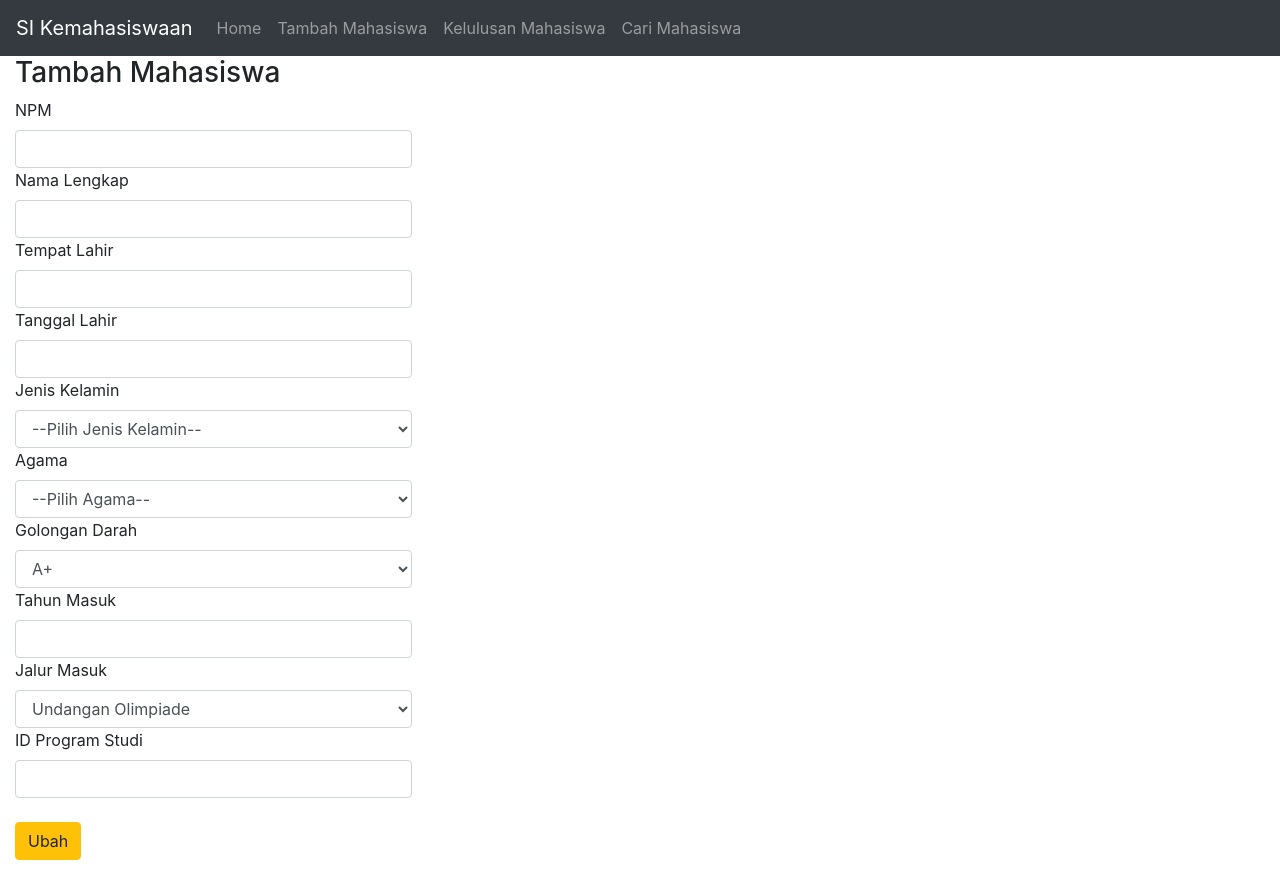
Repository: apap-ekstensi-2018/tugas1_1706106803
Page: http://localhost/form-add
An editor plug-in stored every save of this project. The page is shown before and after the next save, followed by the edit.
The browser window is 1280 px wide. The pictures show the whole page.
The page is this project's Thymeleaf template; nobody is signed in. The template is opened directly, without the code that normally fills it, so the values that code supplies are empty.

Above is the page before, as saved 2018-04-03 13:22:10.

### tugas1/src/main/resources/templates/form-add.html
<!DOCTYPE HTML>
<html xmlns="http://www.w3.org/1999/xhtml"
	xmlns:th="http://www.thymeleaf.org">
	<head>
		<title>Tambah Mahasiswa</title>
	<meta http-equiv="Content-Type" content="text/html; charset=UTF-8" />
	</head>
	<div th:replace="fragments/fragment :: header"></div>
	<body>
		<h3 class="page-header col-8" th:text="'Tambah Mahasiswa'"></h3>

		<form action="/mahasiswa/tambah/submit" method="post">
			<div class="form-group">
				<div class="col-4">
					<label for="npm">NPM</label>
				</div>
				<div class="col-4">
					<input class="form-control" type="text" name="npm"/>
				</div>
				<div class="col-4">
					<label for="nama">Nama Lengkap</label>
				</div>
				<div class="col-4">
					<input class="form-control"type="text" name="nama"/>
				</div>
				<div class="col-4">
					<label for="tempat_lahir">Tempat Lahir</label>
				</div>
				<div class="col-4">
					<input class="form-control" type="tempat_lahir" name="tempat_lahir"/>
				</div>
				<div class="col-4">
					<label for="tanggal_lahir">Tanggal Lahir</label>
				</div>
				<div class="col-4">
					<input class="form-control" type="text" name="tanggal_lahir"/>
				</div>
				<div class="col-4">
					<label for="jenis_kelamin">Jenis Kelamin</label>
				</div>
				<div class="col-4">
					<select class="form-control" name="jenis_kelamin">
						<option value="">--Pilih Jenis Kelamin--</option>
						<option value="1">Laki-laki</option>
						<option value="0">Perempuan</option>
					</select>
				</div>
				<div class="col-4">
					<label for="agama">Agama</label>
				</div>
				<div class="col-4">
					<select class="form-control" name="agama">
						<option value="" selected="selected">--Pilih Agama--</option>
						<option value="Protestan">Protestan</option>
						<option value="Katolik">Katolik</option>
						<option value="Islam">Islam</option>
						<option value="Hindu">Hindu</option>
						<option value="Budha">Budha</option>
						<option value="Konghucu">Konghucu</option>
					</select>
				</div>
				<div class="col-4">
					<label for="golongan_darah">Golongan Darah</label>
				</div>
				<div class="col-4">
					<select class="form-control" name="golongan_darah">
						<option value="A+">A+</option>
						<option value="A-">A-</option>
						<option value="B+">B+</option>
						<option value="B-">B-</option>
						<option value="AB+">AB+</option>
						<option value="AB-">AB-</option>
						<option value="O+">O+</option>
						<option value="O-">O-</option>
					</select>
				</div>
				<div class="col-4">
					<label for="tahun_masuk">Tahun Masuk</label>
				</div>
				<div class="col-4">
					<input class="form-control" type="text" name="tahun_masuk" />
				</div>
				<div class="col-4">
					<label for="jalur_masuk">Jalur Masuk</label>
				</div>
				<div class="col-4">
					<select class="form-control" name="jalur_masuk">
					  <option value="Undangan Olimpiade">Undangan Olimpiade</option>
					  <option value="Undangan Reguler / SNMPTN">Undangan Reguler / SNMPTN</option>
					  <option value="Undangan Paralel / PPKB">Undangan Paralel / PPKB</option>
					  <option value="Ujian Tulis Bersama / SBMPTN">Ujian Tulis Bersama / SBMPTN</option>
					  <option value="Ujian Tulis Mandiri">Ujian Tulis Mandiri</option>
					</select>
				</div>
				<div class="col-4">
					<label for="program_studi">ID Program Studi</label>
				</div>
				<div class="col-4">
					<input class="form-control" type="text" name="id_prodi" />
				</div>
				<br>
				<div class="col-4">
					<button type="submit" class="btn btn-warning">Ubah</button>
				</div>
			</div>
		</form>
	</body>

</html>

### tugas1/src/main/resources/templates/fragments/fragment.html
<!DOCTYPE html>
<html xmlns:th="http://www.thymeleaf.org">
	<head>
		<title>Fragment</title>
	</head>
	<body>
		<div th:fragment="header">
			<link rel = "stylesheet" href="/css/bootstrap.min.css" />
			<nav class="navbar navbar-expand-lg navbar-dark bg-dark">
				<a class="navbar-brand" href="#">SI Kemahasiswaan</a>

			<div class="collapse navbar-collapse" id="navbarSupportedContent">
				<ul class="navbar-nav mr-auto">
					<li class="nav-item">
						<a class="nav-link" href="/">Home</a>
					</li>
					<li class="nav-item">
						<a class="nav-link" href="/mahasiswa/tambah">Tambah Mahasiswa</a>
					</li>
					<li class="nav-item">
						<a class="nav-link" href="/mahasiswa/kelulusan">Kelulusan Mahasiswa</a>
					</li>
					<li class="nav-item">
						<a class="nav-link" href="/mahasiswa/cari">Cari Mahasiswa</a>
					</li>
				</ul>
			</div>
		</nav>
		</div>
	</body>
</html>

Loaded but not shown: tugas1/src/main/resources/static/css/bootstrap.min.css (library)

After the next save:
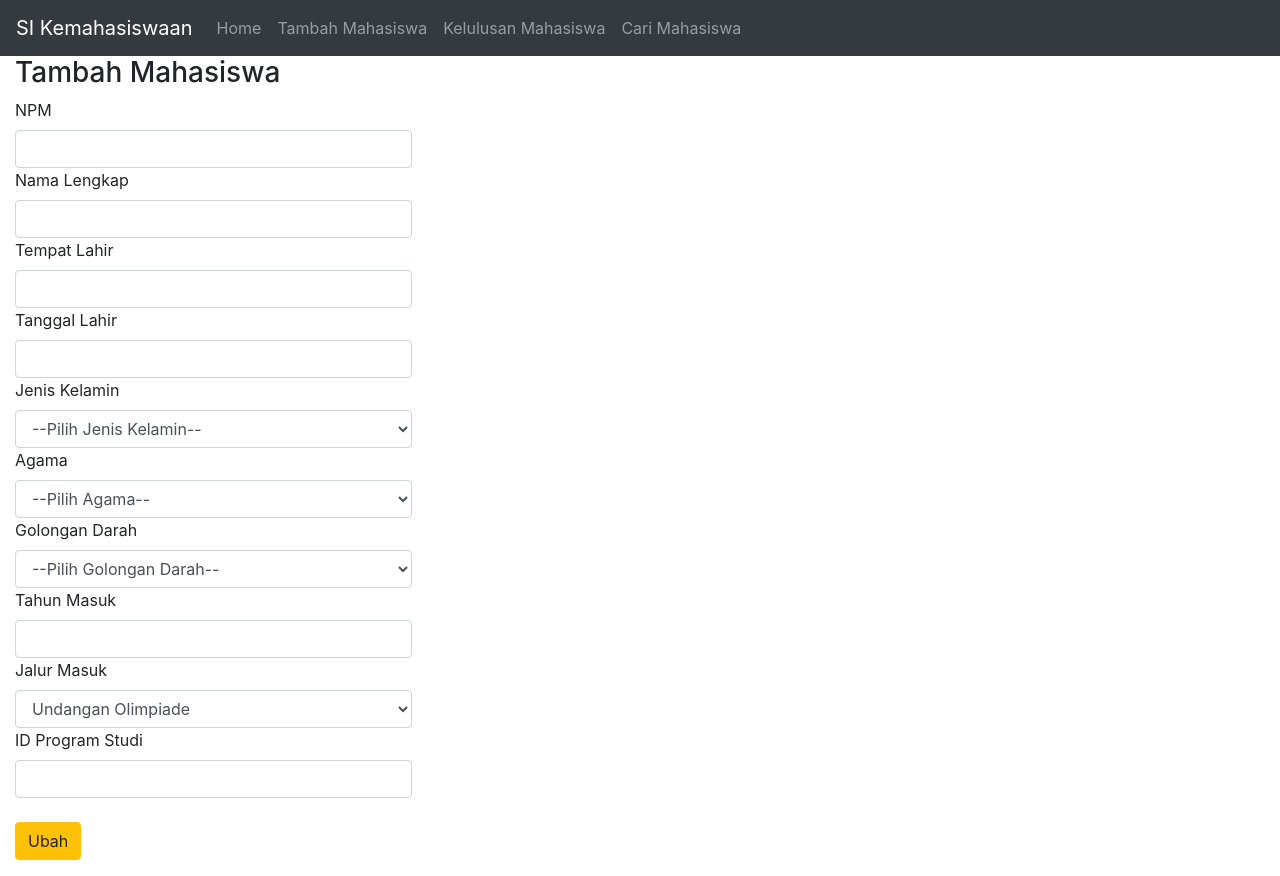
Saved 27 s later.
--- a/tugas1/src/main/resources/templates/form-add.html
+++ b/tugas1/src/main/resources/templates/form-add.html
@@ -40,7 +40,7 @@
 				</div>
 				<div class="col-4">
 					<select class="form-control" name="jenis_kelamin">
-						<option value="">--Pilih Jenis Kelamin--</option>
+						<option value="" selected="selected">--Pilih Jenis Kelamin--</option>
 						<option value="1">Laki-laki</option>
 						<option value="0">Perempuan</option>
 					</select>
@@ -64,6 +64,7 @@
 				</div>
 				<div class="col-4">
 					<select class="form-control" name="golongan_darah">
+						<option value="" selected="selected">--Pilih Golongan Darah--</option>
 						<option value="A+">A+</option>
 						<option value="A-">A-</option>
 						<option value="B+">B+</option>
